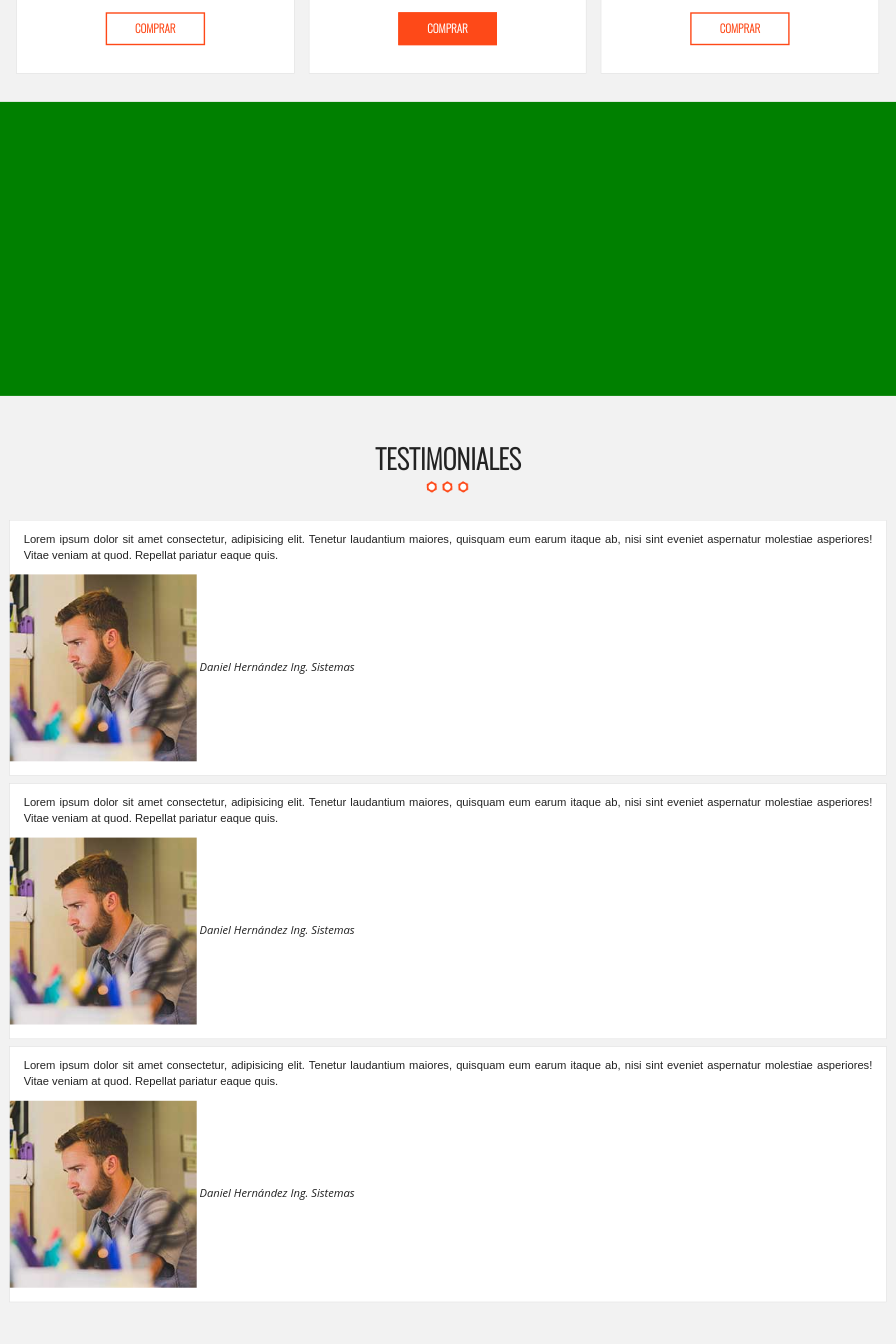
Repository: edgarhdzp/pagina-conferencias-reservaciones
Page: index.html
An editor plug-in stored every save of this project. The page is shown before and after a run of saves, followed by the edit.
The browser window is 1280 px wide. The pictures show the part of the page from y = 3892 to 5812 px (the page is 5812 px tall), at 70% of full size.

Above is the page before, as saved 2020-07-01 19:08:09.

After the next 2 saves:
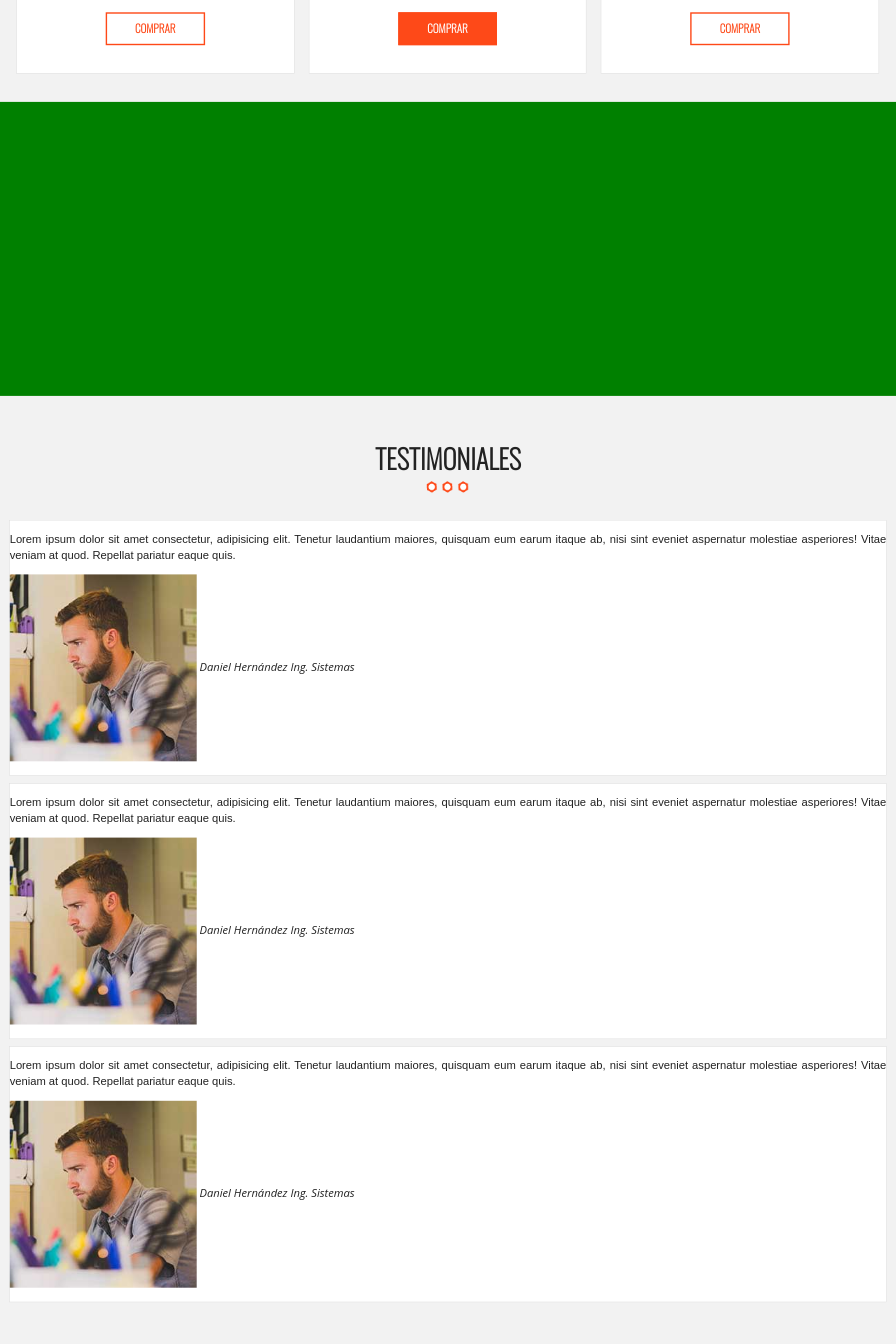
The 2 saves are shown as one change because they came seconds apart.
The last was saved 9 s later.
--- a/css/main.css
+++ b/css/main.css
@@ -662,14 +662,13 @@ blockquote {
     position: relative;
     margin: 0 0 10px 0;
     padding-bottom: 20px;
-    padding-bottom: 0 20px 0 65px;
 }
 
 blockquote p {
     text-align: justify!important;
     font-size: 1em!important;
     font-family: 'PT Sans', sans-serif;
-    padding: 0 20px 0;
+    padding-bottom: 0 20px 0 65px;
 }
 
 
